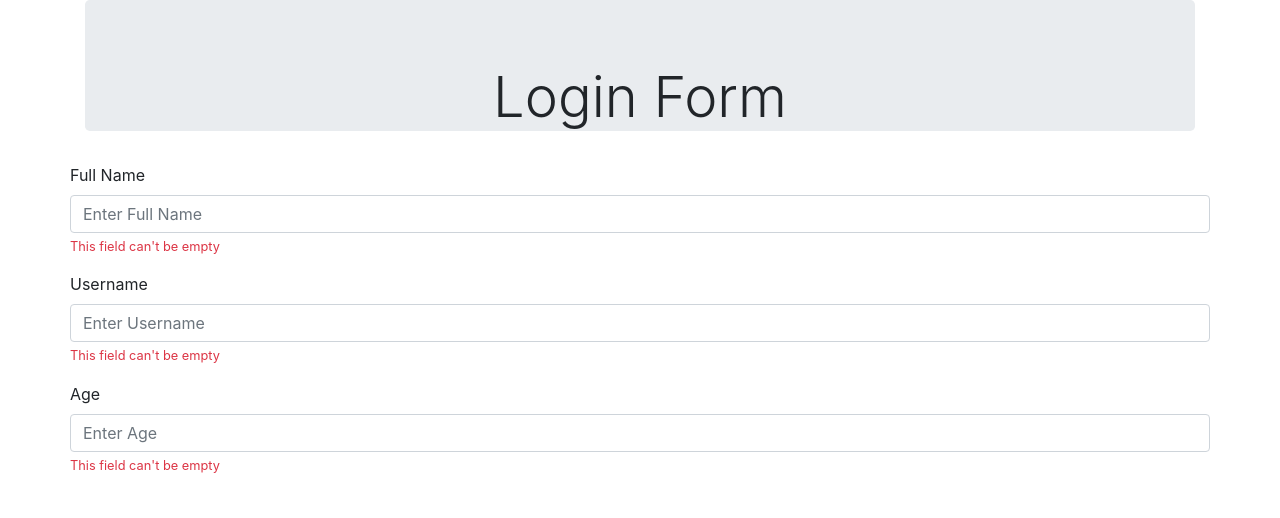
Repository: amar468S/Ng-templateDrivenForm
Page: /
An editor plug-in stored every save of this project. The page is shown before and after the next save, followed by the edit.
The browser window is 1280 px wide. The pictures show the whole page.
Some web libraries are served in a nearby version. The project was rebuilt for these pictures with package versions that can differ from the ones it lists, and the page was loaded fresh each time. Also part of the build but not shown: angular.json.

Above is the page before, as saved 2019-02-03 15:48:18.

### src/index.html
<!doctype html>
<html lang="en">
<head>
  <meta charset="utf-8">
  <title>NgTemplateForms</title>
  <base href="/">

  <meta name="viewport" content="width=device-width, initial-scale=1">
  <link rel="icon" type="image/x-icon" href="favicon.ico">
  <!-- CSS -->
  <link rel="stylesheet" href="https://stackpath.bootstrapcdn.com/bootstrap/4.2.1/css/bootstrap.min.css" integrity="sha384-GJzZqFGwb1QTTN6wy59ffF1BuGJpLSa9DkKMp0DgiMDm4iYMj70gZWKYbI706tWS" crossorigin="anonymous">

  <!-- JS -->
  <script src="https://code.jquery.com/jquery-3.3.1.slim.min.js" integrity="sha384-q8i/X+965DzO0rT7abK41JStQIAqVgRVzpbzo5smXKp4YfRvH+8abtTE1Pi6jizo" crossorigin="anonymous"></script>
  <script src="https://cdnjs.cloudflare.com/ajax/libs/popper.js/1.14.6/umd/popper.min.js" integrity="sha384-wHAiFfRlMFy6i5SRaxvfOCifBUQy1xHdJ/yoi7FRNXMRBu5WHdZYu1hA6ZOblgut" crossorigin="anonymous"></script>
  <script src="https://stackpath.bootstrapcdn.com/bootstrap/4.2.1/js/bootstrap.min.js" integrity="sha384-B0UglyR+jN6CkvvICOB2joaf5I4l3gm9GU6Hc1og6Ls7i6U/mkkaduKaBhlAXv9k" crossorigin="anonymous"></script>

</head>
<body>
  <app-root></app-root>
</body>
</html>

### src/app/app.component.html
<div class="container">
    <div class="jumbotron pb-0">
      <p class="display-4 text-center mb-0">Login Form</p>
    </div>

  <form>
      <div class="form-group row">
          <label>Full Name</label>
          <input type="text" class="form-control" placeholder="Enter Full Name">
          <small class="form-text text-danger">This field can't be empty</small>
      </div>
      <div class="form-group row">
          <label>Username</label>
          <input type="text" class="form-control" placeholder="Enter Username">
          <small class="form-text text-danger">This field can't be empty</small>
      </div>
      <div class="form-group row">
          <label>Age</label>
          <input type="number" class="form-control" placeholder="Enter Age">
          <small class="form-text text-danger">This field can't be empty</small>
      </div>
  </form>

</div>

Loaded but not shown: src/styles.css (common file); src/main.ts (common file); src/app/app.module.ts (common file); src/environments/environment.ts (common file); src/app/app.component.ts (common file); src/app/app.component.css (no stored copy; drawn as an empty file)

After the next save:
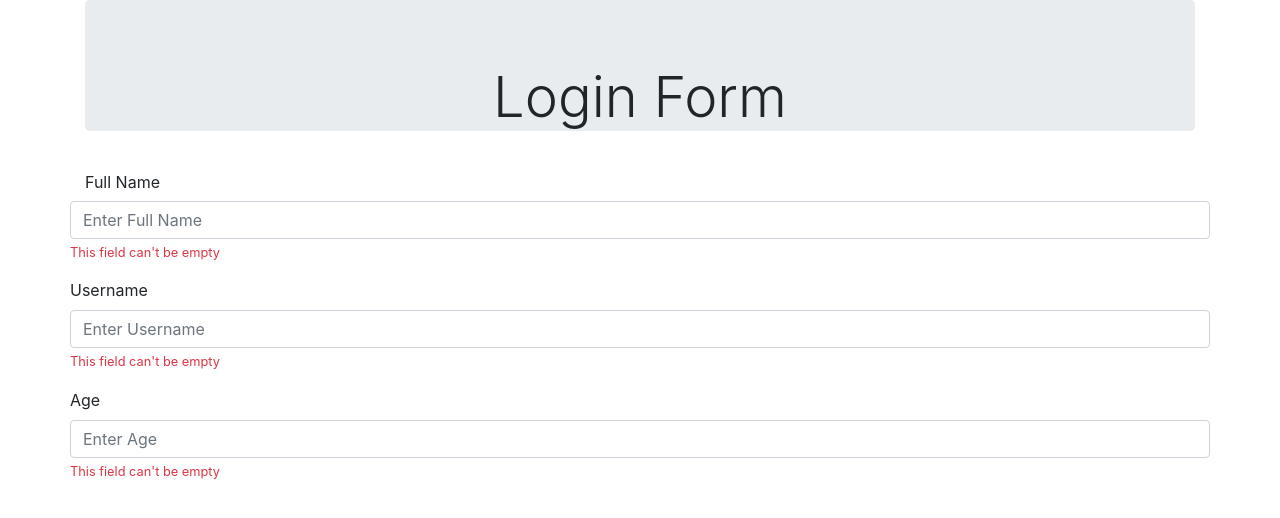
Saved 18 s later.
--- a/src/app/app.component.html
+++ b/src/app/app.component.html
@@ -5,7 +5,7 @@
 
   <form>
       <div class="form-group row">
-          <label>Full Name</label>
+          <label class="col-sm-2 col-form-label">Full Name</label>
           <input type="text" class="form-control" placeholder="Enter Full Name">
           <small class="form-text text-danger">This field can't be empty</small>
       </div>
